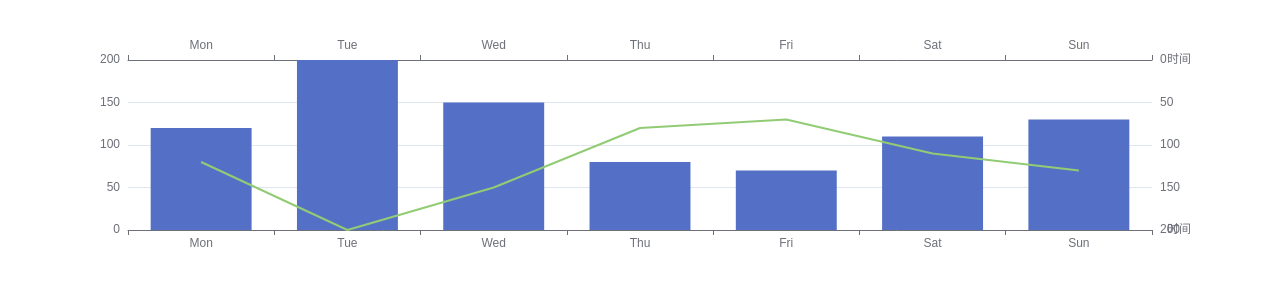
Repository: LeP-Ton/curve
Page: /
An editor plug-in stored every save of this project. The page is shown before and after the next save, followed by the edit.
The browser window is 1280 px wide. The pictures show the whole page.
The project was rebuilt for these pictures with package versions that can differ from the ones it lists, and the page was loaded fresh each time.

Above is the page before, as saved 2022-08-18 17:10:16.

After the next save:
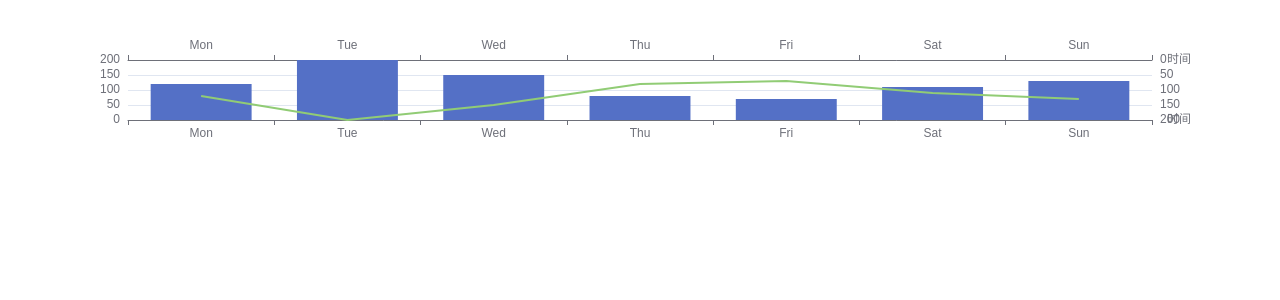
Saved 79 s later.
--- a/src/index.js
+++ b/src/index.js
@@ -32,6 +32,14 @@ const option = {
       inverse: true,
     },
   ],
+  grid: [
+    {
+      bottom: '60%'
+    },
+    {
+      top: '60%'
+    }
+  ],
   series: [
     {
       name: "温度",
